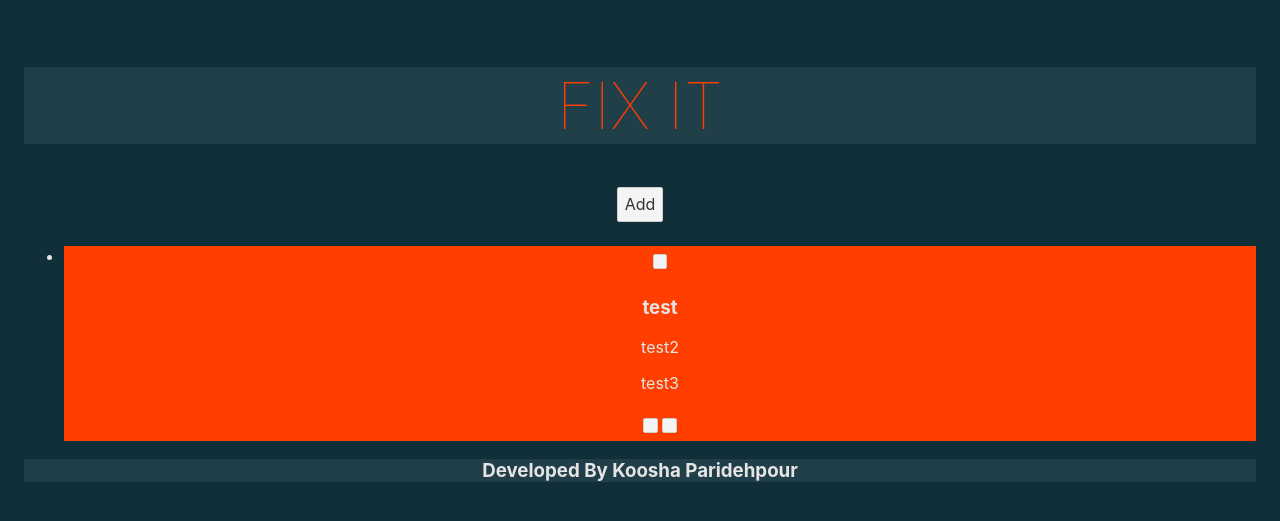
Repository: KooshaPari/fixit-go
Page: / (app in frontend/)
An editor plug-in stored every save of this project. The page is shown before and after the next save, followed by the edit.
The browser window is 1280 px wide. The pictures show the whole page.
The project was rebuilt for these pictures with package versions that can differ from the ones it lists, and the page was loaded fresh each time.

Above is the page before, as saved 2024-09-23 20:46:30.

### frontend/public/index.html
<!DOCTYPE html>
<html lang="en">
	<head>
		<meta charset="utf-8" />
		<meta name="viewport" content="width=device-width,initial-scale=1" />

		<title>Svelte app</title>

		<link rel="icon" type="image/png" href="/favicon.png" />
		<link rel="stylesheet" href="/global.css" />
		<link rel="stylesheet" href="/build/bundle.css" />

		<script defer src="/build/bundle.js"></script>
	</head>

	<body></body>
</html>

### frontend/src/main.js
import App from "./App.svelte";

const app = new App({
	target: document.body,
	props: {
		name: "fixIt",
	},
});

### frontend/src/App.svelte
<script>
	export let name;
	import { onMount } from 'svelte';
	let todo = {
		title: 'test',
		description: 'test2',
		dueDate: 'test3'
	}
	let todos = [todo];

	/*onMount(async () => {
		const response = await fetch('/todos');
		todos = await response.json();
	});*/

	async function createTodo() {
		/*TODO*/
	}

	async function updateTodo(id) {
		/*TODO*/
	}

	async function deleteTodo(id) {
		/*TODO*/
	}
</script>

<main>
<!---->


    <div id="header">
        <div id ="logoCont">
        <i><!--LOGO--></i>
        <h1>Fix It</h1></div>
        <div id="profileCont">
            <i><!--Profile Img--></i>
            <h2><!--Your Name--></h2></div>

        </div>

    <div id="body">
        <div id="content">
            <div id="fixItApp">
                <div id="todoList">
					<button class="addBtn">Add</button>
                    <ul id="todos">
                        <!--SCRIPT TO GEN TODO ITEMS-->
						{#each todos as todo}
						<li class="todoLstItm">
							<div class="todoLstItmCont">
								<div class="todoLstItmContLeft">
									<button class="completeBtn"></button>
								</div>
								<div class="todoLstItmContRight">
									<h3>{todo.title}</h3>
									<p>{todo.description}</p>
									<!-- due Date below-->
									<p>{todo.dueDate}</p>
									<div class="todoLstItmContRightBtns">
										<button class="deleteBtn"></button>
										<button class="editBtn"></button>
									</div>
								</div>
							</div>
						</li>
						{/each}

                    </ul>
                </div>
            </div>
        </div>
    </div>
    <div id="footer">
        <h3>Developed By Koosha Paridehpour</h3>
    </div>

</main>

<style>
	main {
		text-align: center;
		padding: 1em;
		max-width: 240px;
		margin: 0 auto;
	}

	h1 {
		color: #ff3e00;
		text-transform: uppercase;
		font-size: 4em;
		font-weight: 100;
	}

	@media (min-width: 640px) {
		main {
			max-width: none;
		}
	}
	.todoLstItm{
		background-color: #ff3e00;

	}

	#header, #footer{
		background-color: #213f49;
		width: 100%;
		margin:0;
	}
	#header{

	}


</style>

### frontend/public/global.css
html,
body {
	position: relative;
	width: 100%;
	height: 100%;
}

body {
	color: #e6e5e5;
	background-color: #112f39;
	margin: 0;
	padding: 8px;
	box-sizing: border-box;
	font-family: -apple-system, BlinkMacSystemFont, "Segoe UI", Roboto,
		Oxygen-Sans, Ubuntu, Cantarell, "Helvetica Neue", sans-serif;
}

a {
	color: rgb(0, 100, 200);
	text-decoration: none;
}

a:hover {
	text-decoration: underline;
}

a:visited {
	color: rgb(0, 80, 160);
}

label {
	display: block;
}

input,
button,
select,
textarea {
	font-family: inherit;
	font-size: inherit;
	-webkit-padding: 0.4em 0;
	padding: 0.4em;
	margin: 0 0 0.5em 0;
	box-sizing: border-box;
	border: 1px solid #ccc;
	border-radius: 2px;
}

input:disabled {
	color: #ccc;
}

button {
	color: #333;
	background-color: #f4f4f4;
	outline: none;
}

button:disabled {
	color: #999;
}

button:not(:disabled):active {
	background-color: #ddd;
}

button:focus {
	border-color: #666;
}

After the next save:
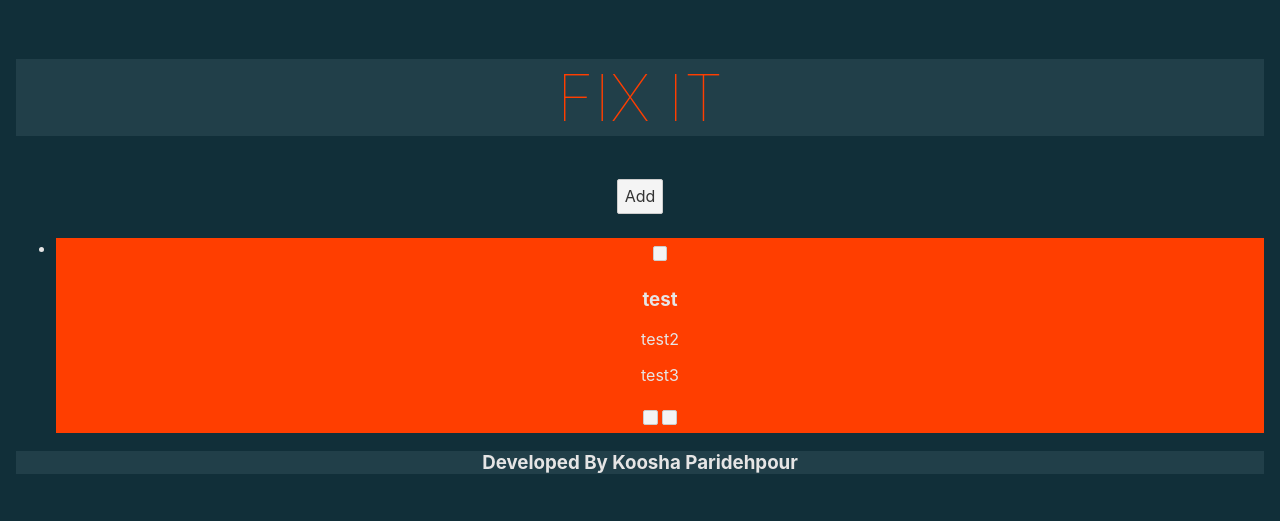
Saved 75 s later.
--- a/frontend/public/global.css
+++ b/frontend/public/global.css
@@ -9,7 +9,7 @@
 	color: #e6e5e5;
 	background-color: #112f39;
 	margin: 0;
-	padding: 8px;
+	padding: 0px;
 	box-sizing: border-box;
 	font-family: -apple-system, BlinkMacSystemFont, "Segoe UI", Roboto,
 		Oxygen-Sans, Ubuntu, Cantarell, "Helvetica Neue", sans-serif;
